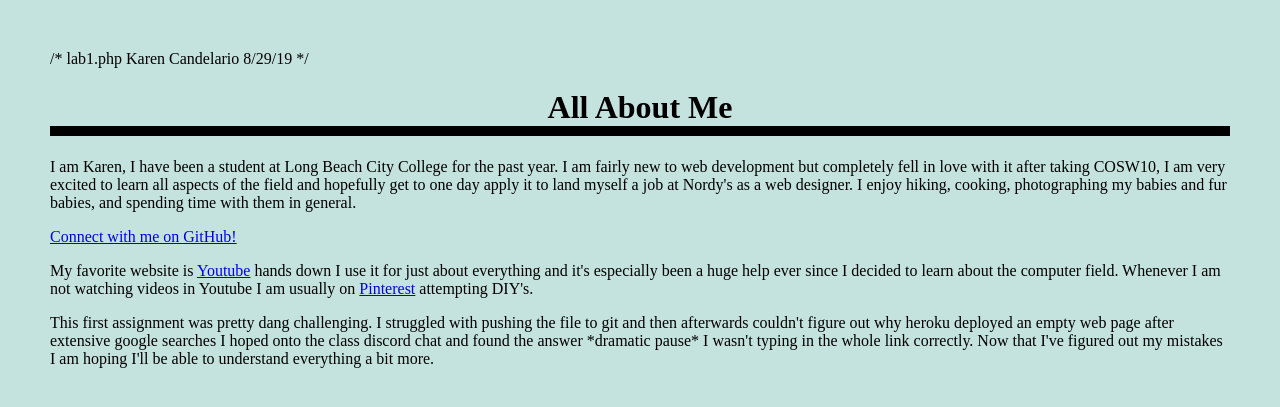
Repository: lilliebee/COSW30
Page: http://localhost/labwork/lab1.php
The author's editor kept a record of every edit. The page is drawn from the files as they stood at one moment, then again after the next edit.
The browser window is 1280 px wide. The pictures show the whole page.
The page is run by PHP 8.4 with error messages shown; the project is at /var/www/html/.

Above is the page before.

After the next edit:
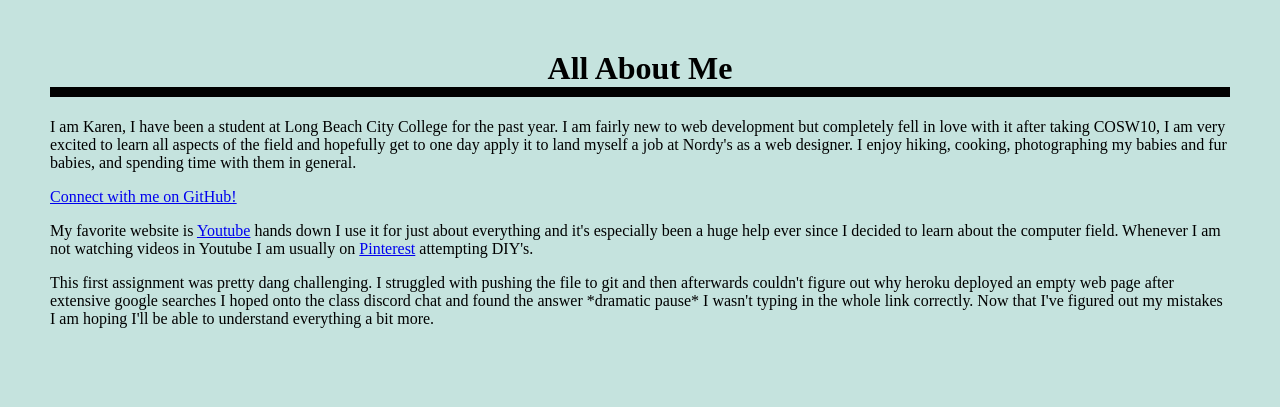
The edit:
--- a/labwork/lab1.php
+++ b/labwork/lab1.php
@@ -2,9 +2,7 @@
 <html>
     <head>
         <title>Labwork 1:Hello World</title>
-        /* lab1.php
-        Karen Candelario
-        8/29/19 */
+
 
         <style type="text/css">
             body {
